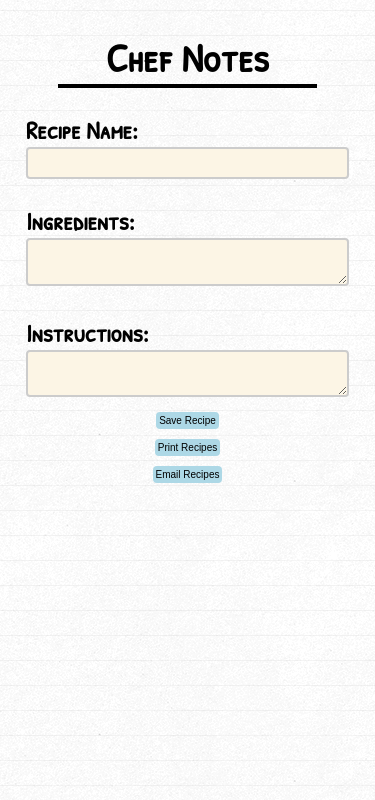
Repository: Chadloswald/RecipeSite
Page: docs/index.html
These files come from the project's save history. The page is drawn as it stood at one moment and after the next save; the edit follows.
The browser window is 375 px wide. The pictures show the whole page.

Above is the page before, as saved 2023-05-22 12:33:01.

### docs/index.html
<!DOCTYPE html>
<html lang="en">
  <head>
    <meta charset="UTF-8">
    <meta name="viewport" content="width=device-width, initial-scale=1.0">
    <title>ChefNotes</title>
    <style type="text/css">
    </style>
    <link rel="stylesheet" href="style.css">
  </head>
  <body>
    <h1>Chef Notes</h1>
    <form>
      <label for="name">Recipe Name:</label>
      <input type="text" id="name" name="name">
      <br>
      <label for="ingredients">Ingredients:</label>
      <textarea id="ingredients" name="ingredients"></textarea>
      <br>
      <label for="instructions">Instructions:</label>
      <textarea id="instructions" name="instructions"></textarea>
      <br>
      <button id="saveButton" type="button">Save Recipe</button>
      <button id="printButton">Print Recipes</button>
      <button id="emailButton">Email Recipes</button>
    </form>
    <div id="recipe-list">
      <div class="recipe-line"></div>
    <div id="list"></div>
    </div>
    <script src="scripts.js"></script>
  </body>
</html>

### docs/style.css
@font-face {
  font-family: 'Patrick Hand';
  src: url('PatrickHandSC-Regular.ttf') format('truetype');
}

body {
  font-family: 'Patrick Hand', cursive;
  margin-top: 30px 0px 0px 0px;
  padding: 0;
  background-image: url("lined-paper-2.png");
}

h1 {
  text-align: center;
  padding: 20px 0 0 0;
  border-bottom: 4px solid black;
  margin: 0 300px;
  font-size: 70px;
}

form {
  width: 80%;
  margin: 0 auto;
}

label {
  display: block;
  font-weight: bold;
  margin-top: 1em;
  font-size: 25px;
}

input[type="text"], textarea {
  background-color: #FCF5E5;
  width: 100%;
  box-sizing: border-box;
  padding: 0.5em;
  border: 2px solid #ccc;
  border-radius: 4px;
}

button {
  display: block;
  margin: 1em auto;
  padding: 0.5em;
  border-radius: 4px;
  font-size: 30px;
  border: none;
  cursor: pointer;
  background-color: #ADD8E6;
  color: black;
}

button:hover {
  background-color: gray;
  color: #FCF5E5;
}

#recipe-list {
  width: 80%;
  margin: 1em auto;
  font-size: 25px;
}

h2 {
  font-size: 25px;
}

p {
  font-size: 20px;
}

.recipe-line {
  height: 1px;
	background-color: black;
	position: relative;
	margin-top: 30px;
	margin-bottom: 30px;
	left: 0;
	width: 50%;
  display: none;
}

.recipe:not(:last-child) .recipe-line {
  display: block;
  margin-left: 25%;
}

/* Printing style */
@media print {
  /* Remove form elements */
  form {
    display: none;
  }

  /* Position Chef and Notes next to each other */
  h1 {
    display: flex;
    align-items: center;
    justify-content: center;
    font-size: 40px;
    margin: 0;
    padding-top: 20px;
    border-bottom: 4px solid black;
    page-break-after: avoid; /* prevent the header from breaking across pages */
  }

  h1 span:first-child {
    margin-right: 20px; /* add space between Chef and Notes */
  }

  /* Adjust margins and padding */
  body {
    margin: 20mm 25mm 20mm 25mm; /* top right bottom left */
    padding: 0;
  }

  h2 {
    font-size: 30px;
  }

  p {
    font-size: 20px;
  }

  /* Add page breaks between recipes */
  .recipe:not(:last-child) {
    page-break-after: always;
  }
  #recipe-list {
    margin-left: 0;
  }
}

/* Media query for screens with a maximum width of 600 pixels */
@media screen and (max-width: 600px) {
  body {
    /* Modify the styles for smaller screens */
    margin-top: 10px;
    /* Add any other necessary adjustments */
  }

  h1 {
    /* Modify the styles for smaller screens */
    font-size: 40px;
    margin: 0 50px;
    /* Add any other necessary adjustments */
  }

  form {
    /* Modify the styles for smaller screens */
    width: 90%;
    /* Add any other necessary adjustments */
  }

  button {
    font-size: 10px; /* Adjust the font size */
    padding: 0.3em; /* Adjust the padding */
  }
}

### docs/scripts.js
document.addEventListener('DOMContentLoaded', function() {
  const saveButton = document.getElementById('saveButton');
  const printButton = document.getElementById('printButton');
  const emailButton = document.getElementById('emailButton');
  const nameInput = document.getElementById('name');
  const ingredientsInput = document.getElementById('ingredients');
  const instructionsInput = document.getElementById('instructions');
  const recipeList = document.getElementById('recipe-list');

  saveButton.addEventListener('click', function() {
    const name = nameInput.value;
    const ingredients = ingredientsInput.value;
    const instructions = instructionsInput.value;

    const recipe = document.createElement('div');
    const recipeName = document.createElement('h2');
    const recipeIngredients = document.createElement('p');
    const recipeInstructions = document.createElement('p');
    const recipeLine = document.createElement('div');

    recipeLine.classList.add('recipe-line');
    recipe.appendChild(recipeLine);

    recipeName.innerText = name;
    recipeIngredients.innerText = `Ingredients: ${ingredients}`;
    recipeInstructions.innerText = `Instructions: ${instructions}`;

    recipe.appendChild(recipeName);
    recipe.appendChild(recipeIngredients);
    recipe.appendChild(recipeInstructions);

    recipeList.appendChild(recipe);
    recipeLine.style.display = 'block';

    nameInput.value = '';
    ingredientsInput.value = '';
    instructionsInput.value = '';
  });

  printButton.addEventListener('click', function() {
    const recipeContainer = recipeList.innerHTML;
    const printContent = document.createElement('div');
    printContent.innerHTML = recipeContainer;

    const mailtoLink = document.createElement('a');
    mailtoLink.href = 'mailto:?subject=My Saved Recipes&body=' + encodeURIComponent(printContent.innerText);

    // Create a temporary link and simulate a click
    const tempLink = document.createElement('a');
    tempLink.href = mailtoLink.href;
    tempLink.style.display = 'none';
    tempLink.target = '_blank';
    document.body.appendChild(tempLink);
    tempLink.click();
    document.body.removeChild(tempLink);
  });

  emailButton.addEventListener('click', function() {
    const recipient = prompt('What email address do you want to send your recipes to?');
    if (recipient) {
      const mailtoLink = document.createElement('a');
      mailtoLink.href = 'mailto:' + recipient + '?subject=My Saved Recipes&body=' + encodeURIComponent(recipeList.innerText);
      mailtoLink.click();
    }
  });
});

After the next save:
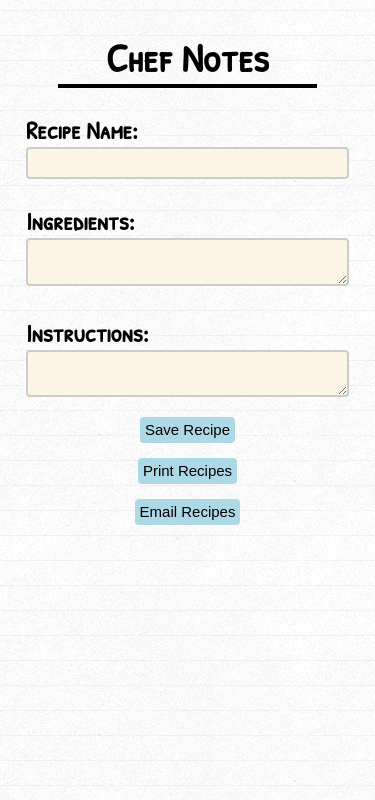
Saved 13 s later.
--- a/docs/style.css
+++ b/docs/style.css
@@ -154,7 +154,7 @@ p {
   }
 
   button {
-    font-size: 10px; /* Adjust the font size */
+    font-size: 15px; /* Adjust the font size */
     padding: 0.3em; /* Adjust the padding */
   }
 }
